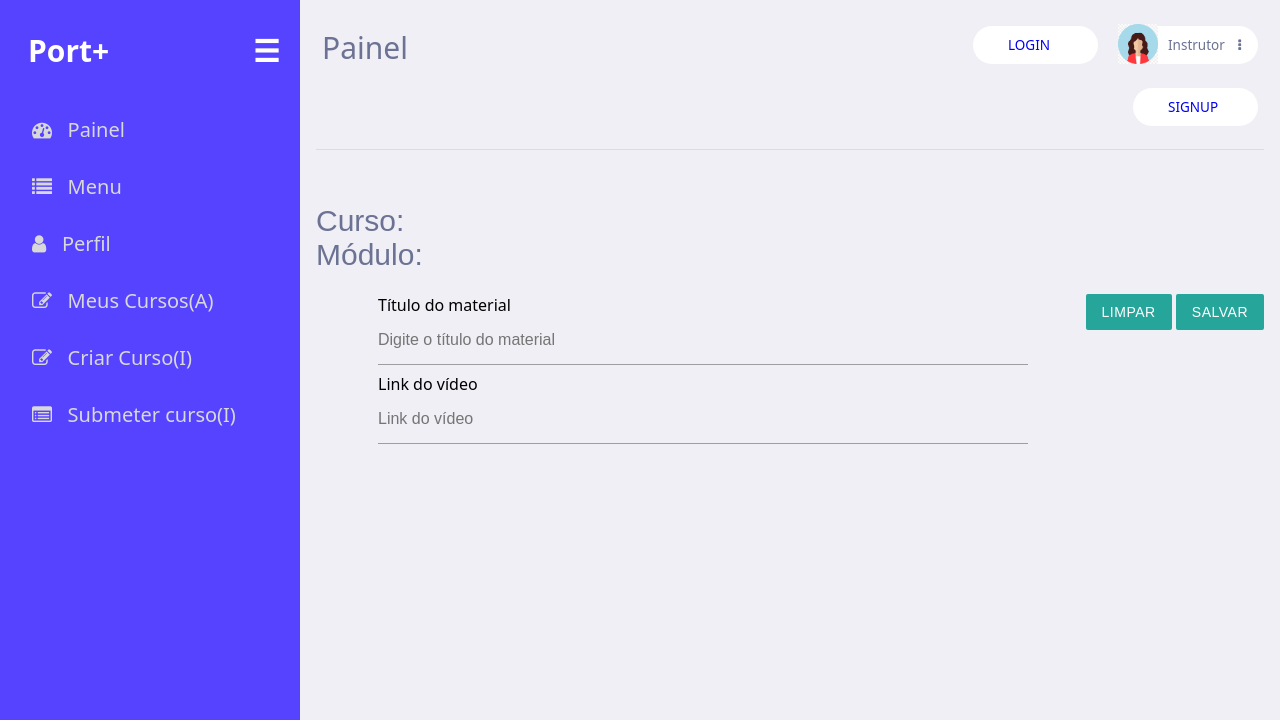
Repository: LauraMViana/Port-plus
Page: http://localhost/portPlus/criarCurso/addVideo
An editor plug-in stored every save of this project. The page is shown before and after the next save, followed by the edit.
The browser window is 1280 px wide. The pictures show the whole page.
The page is this project's Thymeleaf template; nobody is signed in. The template is opened directly, without the code that normally fills it, so the values that code supplies are empty.

Above is the page before, as saved 2021-12-28 14:45:32.

### port/src/main/resources/templates/portPlus/criarCurso/addVideo.html
<!DOCTYPE html >
<html xmlns:th="http://www.thymeleaf.org">
<head>
<meta charset="UTF-8">
<!-- Compiled and minified CSS -->
<!--
<link rel="stylesheet"
	href="https://cdnjs.cloudflare.com/ajax/libs/materialize/1.0.0/css/materialize.min.css"> -->
<link href="https://fonts.googleapis.com/icon?family=Material+Icons"
	rel="stylesheet">
<link rel="stylesheet" href="/Style.css">
<link rel="stylesheet"
	href="https://cdnjs.cloudflare.com/ajax/libs/font-awesome/4.7.0/css/font-awesome.min.css">
<title>PortPlus</title>
</head>
<body>
	<div th:insert="~{menu :: menu}"></div>
	<div id="main">
		<h6>
			Curso: <span th:text="${curso.titulo}"></span> <br>Módulo: <span
				th:text="${modulo.tituloMod}"></span>
		</h6>
		<br>
		<form
			th:action="@{/portPlus/criarCurso/{idC}/{idMod} (idC=${curso.id},idMod=${modulo.id})}"
			method="post">
			<div class="input-field col s9">
				<label for="tituloM">Título do material</label><input
					placeholder="Digite o título do material" id="tituloM" type="text"
					pattern="[a-zA-Z0-9_?!&%$()-]+" class="validate"
					th:field="${material.tituloMat}">
				<p th:errors="${material.tituloMat}"></p>
				<div>
					<label for="mv">Link do vídeo</label><input
						placeholder="Link do vídeo" id="mv" type="url" class="validate"
						th:field="${material.video}">
				</div>
			</div>
			<div id="btn">
				<button class="btn waves-effect waves-light align-center"
					type="reset" name="action">Limpar</button>
				<button class="btn waves-effect waves-light align-center"
					type="submit" name="action">Salvar</button>
			</div>
		</form>
	</div>
	<script
		src="https://ajax.googleapis.com/ajax/libs/jquery/3.5.1/jquery.min.js"></script>
	<script>
		$(".menu").click(function() {
			$("#mySidenav").css('width', '70px');
			$("#main").css('margin-left', '70px');
			$(".logo").css('display', 'none');
			$(".logo1").css('display', 'block');
			$(".logo span").css('visibility', 'visible');
			$(".logo span").css('margin-left', '-10px');
			$(".icon-a").css('visibility', 'hidden');
			$(".icon-a").css('height', '25px');
			$(".icons").css('visibility', 'visible');
			$(".icons").css('margin-left', '-8px');
			$(".menu1").css('display', 'block');
			$(".menu").css('display', 'none');
		});

		$(".menu1").click(function() {
			$("#mySidenav").css('width', '300px');
			$("#main").css('margin-left', '300px');
			$(".logo").css('visibility', 'visible');
			$(".logo").css('display', 'block');
			$(".icon-a").css('visibility', 'visible');
			$(".icons").css('visibility', 'visible');
			$(".menu").css('display', 'block');
			$(".menu1").css('display', 'none');
		});
	</script>
	<script>
		$(document).ready(function() {
			$(".profile p").click(function() {
				$(".profile-div").toggle();
			});
		});
	</script>
</body>
</html>

### port/src/main/resources/templates/menu.html
<!DOCTYPE html >
<html xmlns:th="http://www.thymeleaf.org">
<head>
<meta charset="UTF-8">
<link rel="stylesheet" href="/Style.css" type="text/css" />
<link rel="stylesheet"
	href="https://cdnjs.cloudflare.com/ajax/libs/font-awesome/4.7.0/css/font-awesome.min.css">
<title>Port+</title>
</head>
<body>
	<div th:fragment="menu">
		<div id="mySidenav" class="sidenav">
			<p class="logo">
				Port+ <span class="menu">&#9776;</span>
			</p>
			<p class="logo1">
				<span class="menu1">&#9776;</span>
			</p>
			<a href="/" class="icon-a"> <i class="fa fa-dashboard icons"></i>
				&nbsp;&nbsp;Painel
			</a> <a href="/" class="icon-a"><i class="fa fa-list icons"></i>
				&nbsp;&nbsp;Menu</a> <a href="#" class="icon-a"><i
				class="fa fa-user icons"></i> &nbsp;&nbsp;Perfil</a> <a
				href="/portPlus/criarCurso" class="icon-a"><i
				class="fa fa-edit icons"></i> &nbsp;&nbsp;Meus Cursos(A)</a> <a
				href="/portPlus/criarCurso" class="icon-a"><i
				class="fa fa-edit icons"></i> &nbsp;&nbsp;Criar Curso(I)</a><a
				href="/portPlus/meusCursos" class="icon-a"><i
				class="fa fa-list-alt icons"></i> &nbsp;&nbsp;Submeter curso(I)</a>
		</div>

		<div id="main">
			<div class="head">
				<div class="col-div-6">
					<p class="nav">Painel</p>
				</div>
				<div class="col-div-6">
					<div class="profile">
						<img src="/Imagens/usuario.png" class="pro-img circle" />
						<p>
							Instrutor <i class="fa fa-ellipsis-v dots" aria-hidden="true"></i>
						</p>
						<div class="profile-div">
							<p>
								<a href="#" class="icon-a"><i class="fa fa-user"></i>
									&nbsp;&nbsp;Perfil
							</p>
							<p>
								<i class="fa fa-power-off"></i> &nbsp;&nbsp;Sair
							</p>
						</div>
					</div>
					<div class="login">
						<p>
							<a href="/portPlus/login">LOGIN</a>
						</p>
						<p>
							<a href="/portPlus/signup">SIGNUP</a>
						</p>
					</div>
				</div>
				<div class="clearfix"></div>
			</div>
			<div class="clearfix"></div>
			<br />
		</div>
	</div>
	<script
		src="https://ajax.googleapis.com/ajax/libs/jquery/3.5.1/jquery.min.js"></script>
	<script>
		$(".menu").click(function() {
			$("#mySidenav").css('width', '70px');
			$("#main").css('margin-left', '70px');
			$(".logo").css('display', 'none');
			$(".logo1").css('display', 'block');
			$(".logo span").css('visibility', 'visible');
			$(".logo span").css('margin-left', '-10px');
			$(".icon-a").css('visibility', 'hidden');
			$(".icon-a").css('height', '25px');
			$(".icons").css('visibility', 'visible');
			$(".icons").css('margin-left', '-8px');
			$(".menu1").css('display', 'block');
			$(".menu").css('display', 'none');
		});

		$(".menu1").click(function() {
			$("#mySidenav").css('width', '300px');
			$("#main").css('margin-left', '300px');
			$(".logo").css('visibility', 'visible');
			$(".logo").css('display', 'block');
			$(".icon-a").css('visibility', 'visible');
			$(".icons").css('visibility', 'visible');
			$(".menu").css('display', 'block');
			$(".menu1").css('display', 'none');
		});
	</script>
	<script>
		$(document).ready(function() {
			$(".profile p").click(function() {
				$(".profile-div").toggle();

			});

			/* $(".noti-icon").click(function() {
					$(".notification-div").toggle();
				}); */

		});
	</script>
</body>
</html>

### port/src/main/resources/static/Style.css
/* Laura */
body {
	margin: 0px;
	padding: 0px;
	background-color: #efeff5;
	font-family: system-ui;
}

.clearfix {
	clear: both;
}

.logo {
	margin: 0px;
	margin-left: 28px;
	font-weight: bold;
	color: white;
	margin-bottom: 30px;
}

.sidenav {
	height: 100%;
	width: 300px;
	position: fixed;
	z-index: 1;
	top: 0;
	left: 0;
	background-color: #5643ff;
	overflow: hidden;
	padding-top: 30px;
	transition: ease-in-out 0.3s;
}

.menu {
	float: right;
	margin-right: 20px;
	cursor: pointer;
}

.logo1 {
	margin: 0px;
	margin-left: 20px;
	font-weight: bold;
	color: white;
	margin-bottom: 50px;
	display: none;
	cursor: pointer;
}

.menu1 {
	float: left;
	display: none;
}

.sidenav a {
	padding: 15px 8px 15px 32px;
	text-decoration: none;
	font-size: 20px;
	color: #d8d8d8;
	display: block;
}

.sidenav a:hover {
	color: #f1f1f1;
	background-color: #2c1ed6;
}

.sidenav {
	top: 0;
	right: 25px;
	font-size: 30px;
}

#main {
	padding: 16px;
	margin-left: 300px;
}

.head {
	padding: 0px 6px;
	border-bottom: 1px solid #d6d6d8b8;
	padding-bottom: 10px;
}

.col-div-6 {
	width: 50%;
	float: left;
}

.login p {
	color: #6c7293;
	font-weight: 500;
	margin-left: 35px;
	margin-top: 10px;
	font-size: 13.5px;
	background-color: white;
	padding: 10px;
	border-radius: 25px;
	padding-left: 35px;
	width: 80px;
	float: right;
	cursor: pointer;
}

.profile {
	display: inline-block;
	float: right;
	width: 160px;
}

.pro-img {
	float: left;
	width: 40px;
	margin-top: 8px;
	margin-left: 20px;
}

.profile p {
	color: #6c7293;
	font-weight: 500;
	margin-left: 35px;
	margin-top: 10px;
	font-size: 13.5px;
	background-color: white;
	padding: 10px;
	border-radius: 25px;
	padding-left: 35px;
	cursor: pointer;
}

.dots {
	margin-left: 10px;
}

.profile-div {
	background-color: white;
	width: 160px;
	border: 1px solid #ddd;
	padding: 10px 0px;
	right: 2%;
	border-radius: 5px;
	position: absolute;
	z-index: 9;
	display: none;
}

.profile-div:after {
	content: '';
	position: absolute;
	height: 10px;
	width: 10px;
	background-color: white;
	top: -6px;
	border-left: 1px solid #ddd;
	border-top: 1px solid #ddd;
	transform: rotate(45deg);
	right: 10%;
}

.profile-div p {
	margin: 0px;
	padding: 10px 20px;
}

.profile-div p:hover {
	margin: 0px;
	padding: 10px 20px;
	background-color: #5643ff;
	border-radius: 0px;
	color: white;
}

.notification-div {
	background-color: white;
	width: 240px;
	border: 1px solid #ddd;
	padding: 10px 0px;
	right: 16%;
	border-radius: 5px;
	top: 12%;
	position: absolute;
	z-index: 9;
	display: none;
}

.notification-div:after {
	content: '';
	position: absolute;
	height: 10px;
	width: 10px;
	background-color: white;
	top: -6px;
	border-left: 1px solid #ddd;
	border-top: 1px solid #ddd;
	transform: rotate(45deg);
	right: 10%;
}

.noti-head {
	display: block;
	margin: 0px;
	color: #6c7293;
}

.noti-head:hover {
	background-color: white !important;
	color: #6c7293 !important;
}

.noti-head span {
	position: absolute;
	right: 8%;
	top: 10%;
	background-color: #5643ff;
	padding: 1px 5px;
	color: white;
	border-radius: 20px;
}

.hr {
	margin: 0px;
	border: none;
	background-color: #ddd;
	height: 1px;
}

.notification-div p {
	margin: 0px;
	padding: 10px 20px;
	color: #6c7293;
}

.notification-div p span {
	font-size: 11px;
	display: block;
}

.notification-div p:hover {
	margin: 0px;
	padding: 10px 20px;
	background-color: #5643ff;
	border-radius: 0px;
	color: white;
}

.search-icon {
	position: absolute;
	right: 22%;
	top: 25px;
	background-color: white;
	padding: 13px;
	border-radius: 21px;
	color: #6c7293;
	cursor: pointer;
}

.noti-icon {
	position: absolute;
	right: 17%;
	top: 25px;
	background-color: #5643ff;
	padding: 13px;
	border-radius: 21px;
	color: #fff;
	cursor: pointer;
}

.noti-icon:after {
	content: '';
	height: 5px;
	width: 5px;
	border-radius: 5px;
	top: 5px;
	left: 20px;
	position: absolute;
	background-color: red;
}

.col-div-4-1 {
	width: 33.3%;
	float: left;
}

.box {
	width: 88%;
	height: 480px;
	background-color: #ffffff;
	margin-left: 10px;
	padding: 10px;
	box-shadow: 2px 5px 10px #ddd;
	position: relative;
}

.box p {
	color: #6c7293;
	font-weight: 500;
	padding-left: 10px;
}

.number {
	font-size: 35px;
	margin-bottom: 0px;
	margin-top: 20px;
}

.percent {
	margin: 0px;
	font-size: 14px;
	color: #37bf37 !important;
}

.percent span {
	font-size: 12px;
	color: #9398b1;
	padding-left: 3px;
}

.head-1 {
	font-size: 18px !important;
	margin: 10px 0px;
	color: #6c7293;
}

.head-1 span {
	float: right;
	background-color: #5643ff;
	color: white;
	padding: 3px 10px;
	font-size: 15px;
}

.box-icon {
	font-size: 20px !important;
	margin-top: 35px !important;
	color: #5643ff;
	padding-right: 10px;
	background-color: #efeff5;
	padding: 15px;
	border-radius: 25px;
	position: absolute;
	right: 16px;
	top: -18px;
}

.box-1 {
	width: 88%;
	height: 282px;
	background-color: #ffffff;
	margin-left: 10px;
	padding: 10px;
	box-shadow: 2px 5px 10px #ddd;
	position: relative;
}

.m-box {
	color: #6c7293;
	position: relative;
	padding: 0px 12px;
}

.active {
	background-color: #5646ff;
	color: white;
	box-shadow: 4px 3px 7px 3px #3226ad54;
}

.active .no-1 {
	color: #ddd !important;
}

.m-box p {
	display: inline-block;
	margin: 10px 0px;
}

.no {
	position: absolute !important;
	top: 21px;
	right: 15px;
	font-weight: 500;
}

.no-1 {
	font-size: 12px;
	color: #9398b1;
}

.act-p {
	font-size: 13px;
	color: #6c7293;
}

.act-p .fa {
	color: orange !important;
}

.content-box-1 {
	padding: 0px 10px;
}

.col-div-12 {
	width: 100%;
}

.col-div-4 {
	width: 30%;
	float: left;
}

.content-box {
	padding: 20px;
}

.content-box p {
	margin: 0px;
	font-size: 20px;
	color: #6c7293;
}

.content-box p span {
	float: right;
	background-color: #5643ff;
	color: white;
	padding: 3px 10px;
	font-size: 15px;
}

.box-8 {
	width: 97.8%;
	background-color: #fff;
	height: 330px;
}

.nav {
	font-size: 30px;
	cursor: pointer;
	color: #6c7293;
	margin: 11px 0px;
}

.box-8 {
	margin-left: 10px;
}

td, th {
	border: 1px solid #dddddd;
	text-align: left;
	padding: 10px;
}

tr:nth-child(even) {
	background-color: #5643ff29;
	color: #6c7293 !important;
}

.circle-wrap {
	margin: 50px auto;
	width: 150px;
	height: 150px;
	background: #e6e2e7;
	border-radius: 50%;
}

.circle-wrap .circle .mask, .circle-wrap .circle .fill {
	width: 150px;
	height: 150px;
	position: absolute;
	border-radius: 50%;
}

.circle-wrap .circle .mask {
	clip: rect(0px, 150px, 150px, 75px);
}

.circle-wrap .circle .mask .fill {
	clip: rect(0px, 75px, 150px, 0px);
	background-color: #5646ff;
}

.circle-wrap .circle .mask.full, .circle-wrap .circle .fill {
	animation: fill ease-in-out 3s;
	transform: rotate(126deg);
}

@
keyframes fill { 0% {
	transform: rotate(0deg);
}

100










%
{
transform










:










rotate








(










126deg










)








;
}
}
.circle-wrap .inside-circle {
	width: 130px;
	height: 130px;
	border-radius: 50%;
	background: #fff;
	line-height: 130px;
	text-align: center;
	margin-top: 10px;
	margin-left: 10px;
	position: absolute;
	z-index: 100;
	font-weight: 700;
	font-size: 2em;
	color: #6c7293;
}

/* Thais */
h1 {
	font-weight: 400;
	font-family: Century Gothic, Arial, Helvetica, sans-serif;
	color: #6c7293;
	font-size: calc(1.044375rem + 1.7325vw);
}

h4, h6 {
	font-weight: 100;
	font-family: Century Gothic, Arial, Helvetica, sans-serif;
	color: #6c7293;
	font-size: 30px;
	margin: 0px;
}

a {
	text-decoration: none;
}

#btn {
	text-align: right;
}

/*Apresente material  */
.mod-title {
	font-size: 30px;
	color: #d8d8d8;
}

/* Index  */
.box-mod {
	width: 88%;
	height: 30px;
	background-color: #dfdfdf;
	margin-left: 10px;
	padding: 10px;
	position: relative;
	margin-left: 10px;
	padding: 10px;
	border-top: 1px solid #d7dfe3;
	margin-left: 10px;
	margin-bottom: 15px;
}

.box-mod p {
	color: #6c7293;
	font-weight: 500;
	margin: 0px;
	padding: 10px;
	width: 105px;
	margin-left: 90px;
}
/* blocos de curso ou modulos  */
.col-div-4-2 {
	width: 25%;
	float: left;
}

.card.small .card-image+.card-content, .card.medium .card-image+.card-content,
	.card.large .card-image+.card-content {
	max-height: 40%;
}

.card.small .card-content, .card.medium .card-content, .card.large .card-content
	{
	max-height: 100%;
	overflow: hidden;
}

.card .card-content {
	padding: 24px;
	border-radius: 0 0 2px 2px;
}

.card .card-image img {
	display: block;
	border-radius: 2px 2px 0 0;
	position: relative;
	left: 0;
	right: 0;
	top: 0;
	bottom: 0;
	width: 100%;
}

img {
	border-style: none;
}

.card.small .card-image, .card.medium .card-image, .card.large .card-image
	{
	max-height: 60%;
	overflow: hidden;
}

.card .card-image {
	position: relative;
}

.card.small {
	height: 300px;
}

.card.small, .card.medium, .card.large {
	position: relative;
}

.card {
	margin-left: 10px;
	box-shadow: 2px 5px 10px #ddd;
	position: relative;
	height: 250px;
	background-color: #fff;
	-webkit-transition: -webkit-box-shadow .25s;
	transition: -webkit-box-shadow .25s;
	transition: box-shadow .25s;
	transition: box-shadow .25s, -webkit-box-shadow .25s;
	border-radius: 2px;
}

.card {
	position: relative;
	margin: 0.5rem 0 1rem 0;
	background-color: #fff;
	-webkit-transition: -webkit-box-shadow .25s;
	transition: -webkit-box-shadow .25s;
	transition: box-shadow .25s;
	transition: box-shadow .25s, -webkit-box-shadow .25s;
	border-radius: 2px;
}

.image {
	display: block;
	position: relative;
	left: 0;
	right: 0;
	top: 0;
	bottom: 0;
	width: 100%;
	max-height: 70%;
	overflow: hidden;
	max-height: 70%;
	right: 0;
	top: 0;
	bottom: 0;
}

.card {
	margin-left: 10px;
	box-shadow: 2px 5px 10px #ddd;
	position: relative;
	height: 250px;
	background-color: #fff;
	-webkit-transition: -webkit-box-shadow .25s;
	transition: -webkit-box-shadow .25s;
	transition: box-shadow .25s;
	transition: box-shadow .25s, -webkit-box-shadow .25s;
	border-radius: 2px;
}

.card-title-mod {
	display: block;
	line-height: 32px;
	margin-bottom: 8px;
	font-size: 24px;
	font-weight: 300;
}
/* descriçao do curso  */
.mod-d {
	font-size: 18px !important;
	margin: 10px 0px;
	color: #6c7293;
	text-align: justify;
}

/* Pag apresentação Material */
aside {
	width: 260px;
	float: right;
	margin-right: 20px;
	border: 1px solid black;
}

.conteudo {
	padding-left: 15px;
	width: 700px;
	float: left;
	height: 415px;
	text-align: justify;
}

.card.lista {
	background-color: #5643ff;
	width: 259.5px;
	height: 50px;
	text-align: center;
	padding: 5px 0px 5px 0px;
	margin: 0px;
}

.lista li {
	padding: 15px 8px 15px 32px;
	text-decoration: none;
	font-size: 20px;
	color: #d8d8d8;
	display: block;
	text-align: justify;
}

.lista li:hover {
	color: #f1f1f1;
	background-color: #5643ff;
}

.lista a:hover {
	color: #f1f1f1;
	background-color: #5643ff;
}

ul {
	padding: 0px;
	margin: 0px;
	list-style-type: none;
}

textarea.materialize-textarea.texto {
	height: 12rem;
}

input:not([type]), input[type="text"]:not(.browser-default), input[type="url"]:not(.browser-default),
	input[type="number"]:not(.browser-default), textarea.materialize-textarea
	{
	background-color: transparent;
	border-top-width: initial;
	border-right-width: initial;
	border-left-width: initial;
	border-top-color: initial;
	border-right-color: initial;
	border-left-color: initial;
	height: 3rem;
	width: 100%;
	font-size: 16px;
	box-shadow: none;
	box-sizing: content-box;
	border-style: none none solid;
	border-image: initial;
	border-bottom: 1px solid rgb(158, 158, 158);
	border-radius: 0px;
	outline: none;
	margin: 0px 0px 8px;
	padding: 0px;
	transition: box-shadow 0.3s ease 0s, border 0.3s ease 0s,
		-webkit-box-shadow 0.3s ease 0s;
}

form {
	padding-left: 50px;
}

.dados-do-curso, .listarCriarMod {
	padding-left: 50px;
}

.s2 {
	width: 20%;
	display: inline;
}

.col.s3 {
	width: 25%;
	margin-left: auto;
	left: auto;
	right: auto;
}

.col.s4 {
	width: 33.3333333333%;
	margin-left: auto;
	left: auto;
	right: auto;
}

.col.s5 {
	width: 41.6666666667%;
	margin-left: auto;
	left: auto;
	right: auto;
}

.col.s6 {
	width: 50%;
	margin-left: auto;
	left: auto;
	right: auto;
}

.col.s9 {
	width: 75%;
	margin-left: auto;
	left: auto;
	right: auto;
}

.col.s12 {
	width: 100%;
	margin-left: auto;
	left: auto;
	right: auto;
}

.col.s12.cont {
	padding-bottom: 20px;
}

.col {
	float: left;
	-webkit-box-sizing: border-box;
	box-sizing: border-box;
	padding: 0 0.75rem;
	min-height: 1px;
}

.s10 {
	width: 80%;
	margin-left: auto;
	left: auto;
	right: auto;
}

.btn {
	text-decoration: none;
	color: #fff;
	background-color: #26a69a;
	text-align: center;
	letter-spacing: .5px;
	-webkit-transition: background-color .2s ease-out;
	transition: background-color .2s ease-out;
	cursor: pointer;
	border: none;
	border-radius: 2px;
	display: inline-block;
	height: 36px;
	line-height: 36px;
	padding: 0 16px;
	text-transform: uppercase;
	font-size: 14px;
	outline: 0;
	font-size: 14px;
}

.waves-effect {
	position: relative;
	cursor: pointer;
	display: inline-block;
	overflow: hidden;
	-webkit-user-select: none;
	-moz-user-select: none;
	-ms-user-select: none;
	user-select: none;
	-webkit-tap-highlight-color: transparent;
	vertical-align: middle;
	z-index: 1;
	-webkit-transition: .3s ease-out;
	transition: .3s ease-out;
}

.modal.modal-fixed-footer {
	padding: 0;
	height: 70%;
}

.modal {
	display: none;
	position: fixed;
	left: 0;
	right: 0;
	background-color: #fafafa;
	padding: 0;
	max-height: 70%;
	width: 55%;
	margin: auto;
	overflow-y: auto;
	border-radius: 2px;
	will-change: top, opacity;
}

.modal.modal-fixed-footer {
	padding: 0;
	height: 70%;
}

.modal {
	display: none;
	position: fixed;
	left: 0;
	right: 0;
	background-color: #fafafa;
	padding: 0;
	max-height: 70%;
	width: 55%;
	margin: auto;
	overflow-y: auto;
	border-radius: 2px;
	will-change: top, opacity;
}

.z-depth-5, .modal {
	-webkit-box-shadow: 0 24px 38px 3px rgb(0 0 0/ 14%), 0 9px 46px 8px
		rgb(0 0 0/ 12%), 0 11px 15px -7px rgb(0 0 0/ 20%);
	box-shadow: 0 24px 38px 3px rgb(0 0 0/ 14%), 0 9px 46px 8px
		rgb(0 0 0/ 12%), 0 11px 15px -7px rgb(0 0 0/ 20%);
}

.collapsible {
	border-top: 1px solid #ddd;
	border-right: 1px solid #ddd;
	border-left: 1px solid #ddd;
	margin: 0.5rem 0 1rem 0;
}

.collapsible-header {
	display: -webkit-box;
	display: -webkit-flex;
	display: -ms-flexbox;
	display: flex;
	-webkit-tap-highlight-color: transparent;
	line-height: 1.5;
	padding: 1rem;
	background-color: #fff;
	border-bottom: 1px solid #ddd;
	display: -webkit-box;
	display: -webkit-flex;
	display: -ms-flexbox;
	display: flex;
	cursor: pointer;
	-webkit-tap-highlight-color: transparent;
	line-height: 1.5;
	padding: 1rem;
	background-color: #fff;
	border-bottom: 1px solid #ddd;
}

.optCont {
	display: inline-block;
	float: right;
	width: 160px;
}

.optCont a {
	cursor: pointer;
}

.opt {
	background-color: white;
	width: 100px;
	border: 1px solid #ddd;
	padding: 10px 0px;
	right: 10%;
	border-radius: 5px;
	position: absolute;
	z-index: 9;
	display: none;
}

.opt p {
	margin: 0px;
	padding: 10px 20px;
}

.opt p:hover {
	margin: 0px;
	padding: 10px 20px;
	background-color: #5643ff;
	border-radius: 0px;
	color: white;
}

.modal.modal-fixed-footer {
	height: 40%;
	width: 40%;
}

.modal .modal-content {
	padding: 65px 24px 24px 75px;
}

After the next save:
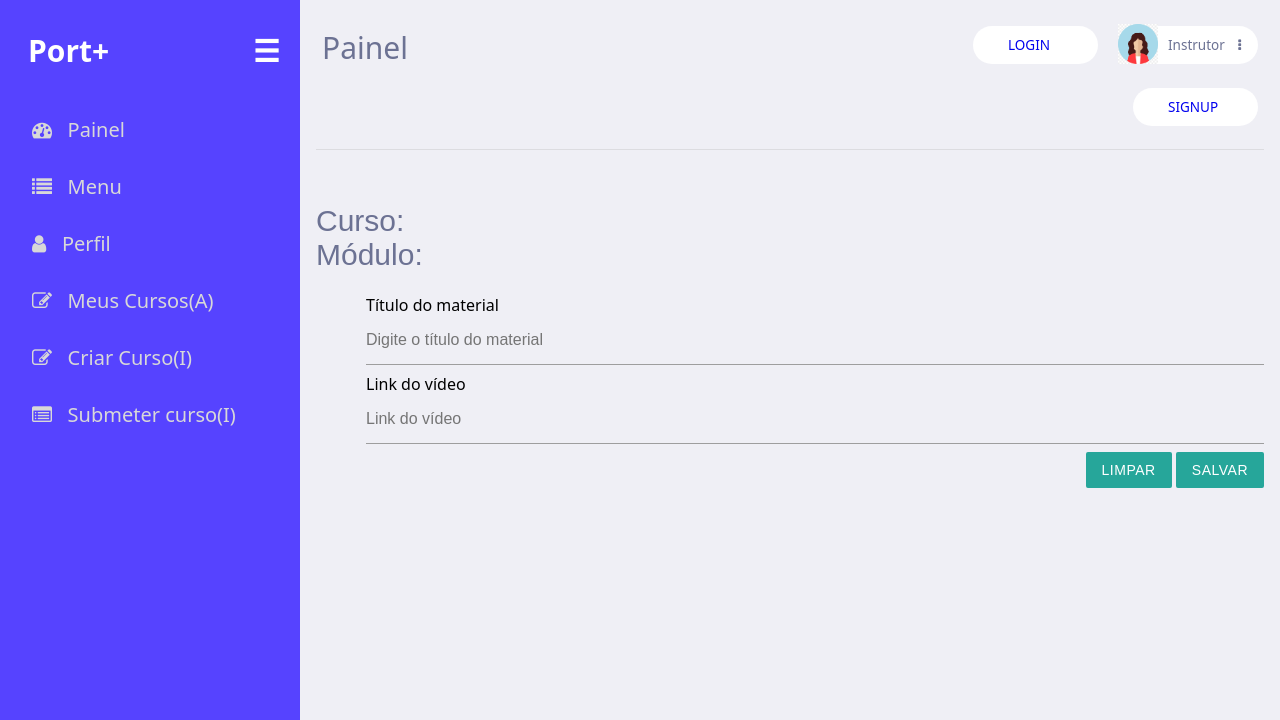
Saved 6 s later.
--- a/port/src/main/resources/templates/portPlus/criarCurso/addVideo.html
+++ b/port/src/main/resources/templates/portPlus/criarCurso/addVideo.html
@@ -24,7 +24,7 @@
 		<form
 			th:action="@{/portPlus/criarCurso/{idC}/{idMod} (idC=${curso.id},idMod=${modulo.id})}"
 			method="post">
-			<div class="input-field col s9">
+			<div class="input-field s9">
 				<label for="tituloM">Título do material</label><input
 					placeholder="Digite o título do material" id="tituloM" type="text"
 					pattern="[a-zA-Z0-9_?!&%$()-]+" class="validate"

After the save that followed:
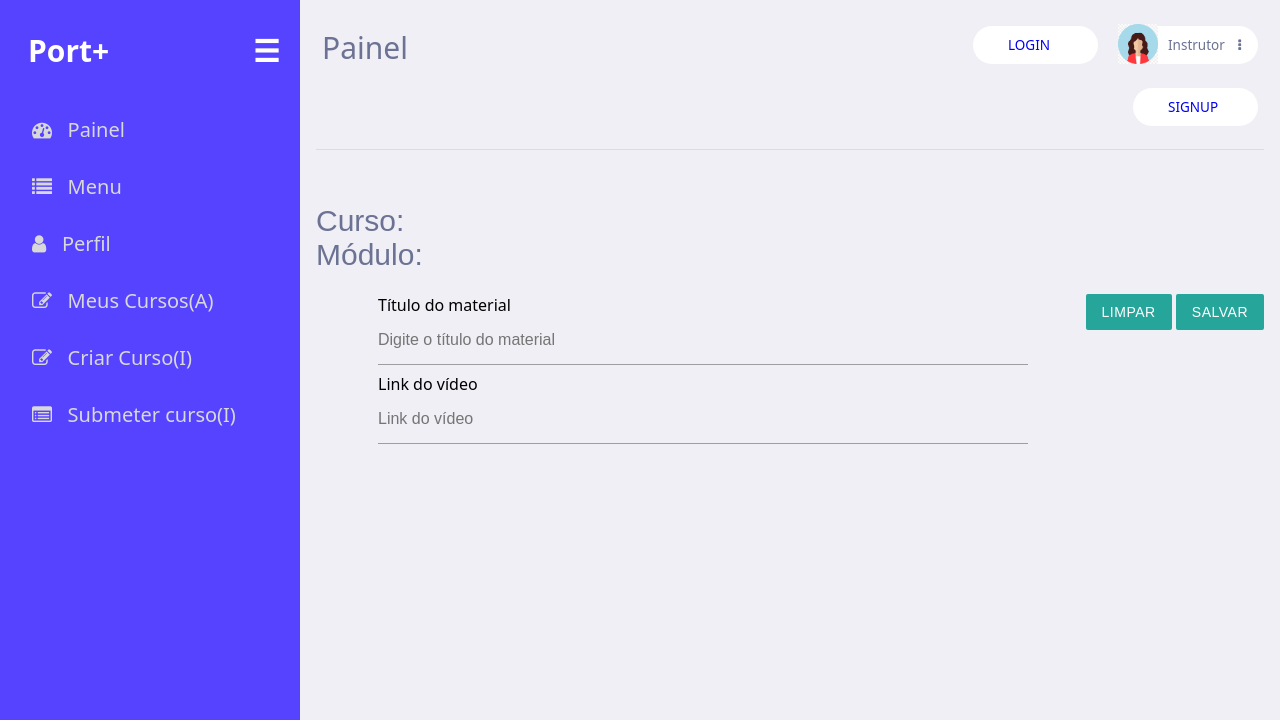
Saved 8 s later.
--- a/port/src/main/resources/templates/portPlus/criarCurso/addVideo.html
+++ b/port/src/main/resources/templates/portPlus/criarCurso/addVideo.html
@@ -24,7 +24,7 @@
 		<form
 			th:action="@{/portPlus/criarCurso/{idC}/{idMod} (idC=${curso.id},idMod=${modulo.id})}"
 			method="post">
-			<div class="input-field s9">
+			<div class="input-field col s9">
 				<label for="tituloM">Título do material</label><input
 					placeholder="Digite o título do material" id="tituloM" type="text"
 					pattern="[a-zA-Z0-9_?!&%$()-]+" class="validate"
